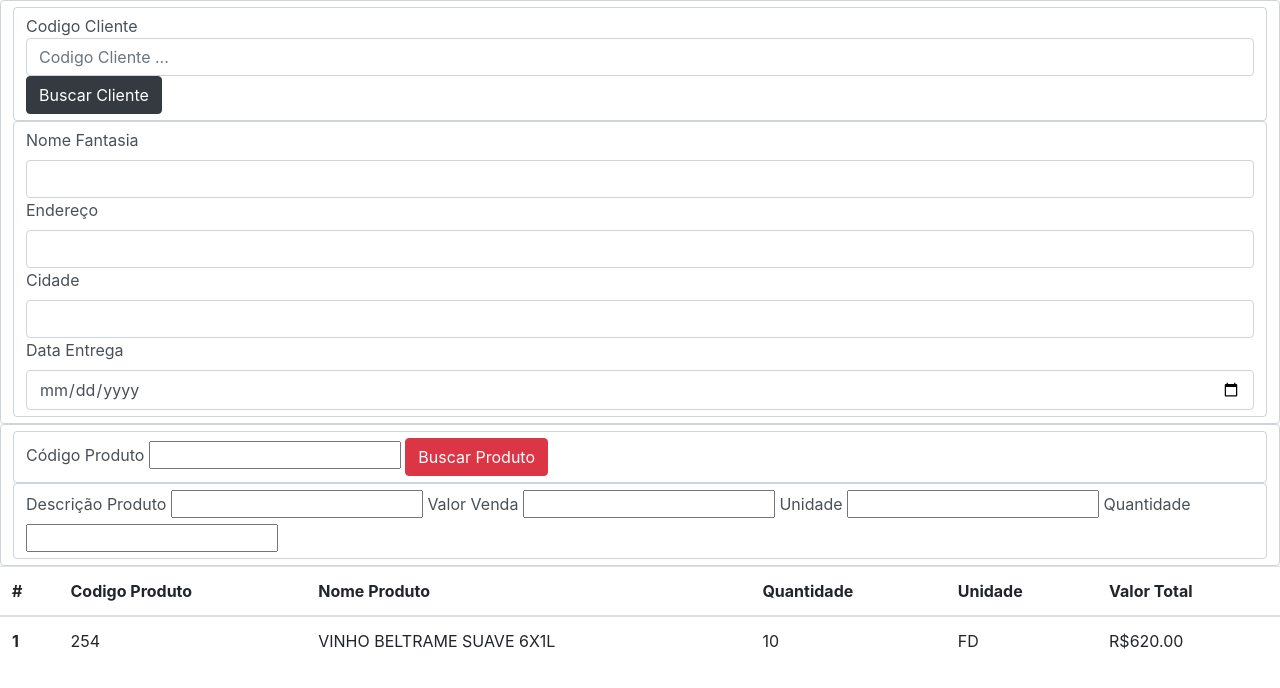
Repository: RobertoAntunes35/controle-estoque
Page: backend/templates/paginaGeracaoPedidos.html
An editor plug-in stored every save of this project. The page is shown before and after the next save, followed by the edit.
The browser window is 1280 px wide. The pictures show the whole page.
Some web libraries are served in a nearby version. The template is drawn by Flask 3. The application's start-up code is not run. Other server files are loaded and not shown. The template is opened directly, without the code that normally fills it, so the values that code supplies are empty.

Above is the page before, as saved 2023-06-06 10:48:57.

### backend/templates/paginaGeracaoPedidos.html
{% extends "index.html" %}

{% block title %} Geração Pedidos {% endblock %}

{% block content %}
<div class="content-geracao-pedido">
        <form action="">
            <div class="data-clientes form-control">
                <div class="buscar form-control">
                    <label class="form-check-label" for="">Codigo Cliente</label>
                    <input class="form-control" type="text" name="codigoCliente" id="codigoCliente" placeholder="Codigo Cliente ...">
                    <a href="#" class="btn btn-dark">Buscar Cliente</a>
                </div>

                <div class="datas-cliente form-control">
                    <label for="">Nome Fantasia</label>
                    <input class="form-control" type="text" name="nomeFantasia" id="nomeFantasia">

                    <label for="">Endereço</label>
                    <input class="form-control" type="text" name="enderecoCliente" id="enderecoCliente">

                    <label for="">Cidade</label>
                    <input class="form-control" type="text" name="cidadeCliente" id="cidadeCliente">

                    <label for="">Data Entrega</label>
                    <input class="form-control" type="date" name="dataEntrega" id="dataEntrega">
                </div>
            </div>
            <div class="produtos">
                <div class="busca-produtos form-control">
                    <div class="busca form-control">
                        <label for="">Código Produto</label>
                        <input class="" type="text" name="codigoProduto" id="codigoProduto">
                        <button class="btn btn-danger" id="btnBuscaProduto" name="btnBuscaProduto">Buscar Produto</button>
                    </div>
                    <div class="dados-produtos form-control">
                        <label for="">Descrição Produto</label>
                        <input type="text" name="descricaoProduto" id="descricaoProduto">

                        <label for="">Valor Venda</label>
                        <input type="number" name="valorVenda" id="valorVenda">

                        <label for="">Unidade</label>
                        <input type="text" name="unidadeProduto" id="unidadeProduto">


                        <label for="">Quantidade</label>
                        <input type="number">
                    </div>
                </div>


                <table class="table">
                    <thead>
                        <tr>
                            <th scope="col">#</th>
                            <th scope="col">Codigo Produto</th>
                            <th scope="col">Nome Produto</th>
                            <th scope="col">Quantidade</th>
                            <th scope="col">Unidade</th>
                            <th scope="col">Valor Total</th>
                        </tr>
                    </thead>

                    <tbody>
                        <tr>
                            <th scope="row">1</th>
                            <td>254</td>
                            <td>VINHO BELTRAME SUAVE 6X1L</td>
                            <td>10</td>
                            <td>FD</td>
                            <td>R$620.00</td>
                        </tr>
                    </tbody>

                </table>

            </div>

        </form>
    </div>

{% endblock %}

### backend/templates/index.html
<!DOCTYPE html>
<html lang="en">

{% block head %}
<head>
    <meta charset="UTF-8">
    <meta http-equiv="X-UA-Compatible" content="IE=edge">
    <meta name="viewport" content="width=device-width, initial-scale=1.0">
    <title>{% block title %} {% endblock %}</title>

    <script src="https://ajax.googleapis.com/ajax/libs/jquery/3.5.1/jquery.min.js"></script>
    <!-- CSS INTERNO -->
    <link rel="stylesheet" href="{{ url_for('static', filename='css/globalStyle.css') }}">

    <!-- FONTE -->

    <!-- BOOTSTRAP -->
    <link rel="stylesheet" href="https://maxcdn.bootstrapcdn.com/bootstrap/4.0.0/css/bootstrap.min.css">
    <script src="https://maxcdn.bootstrapcdn.com/bootstrap/4.0.0/js/bootstrap.min.js"></script>
    <script src="https://cdnjs.cloudflare.com/ajax/libs/popper.js/1.12.9/umd/popper.min.js"></script>

    <!-- SCRIPT INTERNO -->
    <script src="{{ url_for('static' , filename='js/script.js') }}"></script>

    <!-- SCRIPTS AUXILIARES -->

</head>
{% endblock %}

<body>
   <div class="content">
    {% block content %} {% endblock %}
    </div>

</body>
</html>

### backend/static/css/globalStyle.css
* {
    margin: 0 auto;
    padding: 0;
    box-sizing: border-box;
}

.div-formulario {
    border: 1px solid;
}

.container {
    display: flex;
    justify-content: left;
    align-items: center;
    width: 100vw;
    height: 100vh;

    /* border: 1px solid; */
}

.search-product{
    /* border: 1px solid; */
}
.values-find{
    /* border: 1px solid; */
}

.choices-values{
    /* border: 1px solid; */
}

### backend/static/js/script.js

$(document).ready(function() {
    $('#btnBuscar').click(function(event) {
        event.preventDefault();

        var inputValue = $('#codigo').val();
        console.log(inputValue);

    $.ajax({
        url: '/busca_produtos',
        type: 'POST',
        data: {codigoProduto: inputValue},
        success: function(date) {
            $('#descricao').val(date.updatedValue.descricao)
            $('#codigoFornecedor').val(date.updatedValue.codigoFornecedor)
            $('#unidade').val(date.updatedValue.unidade)
        }
    });
    });
});


function verificarEnter(event) {
    if(event.keyCode === 13) {
        event.preventDefault();

        var botao = document.getElementById("btnBuscar")
        botao.click();
    }
}

After the next save:
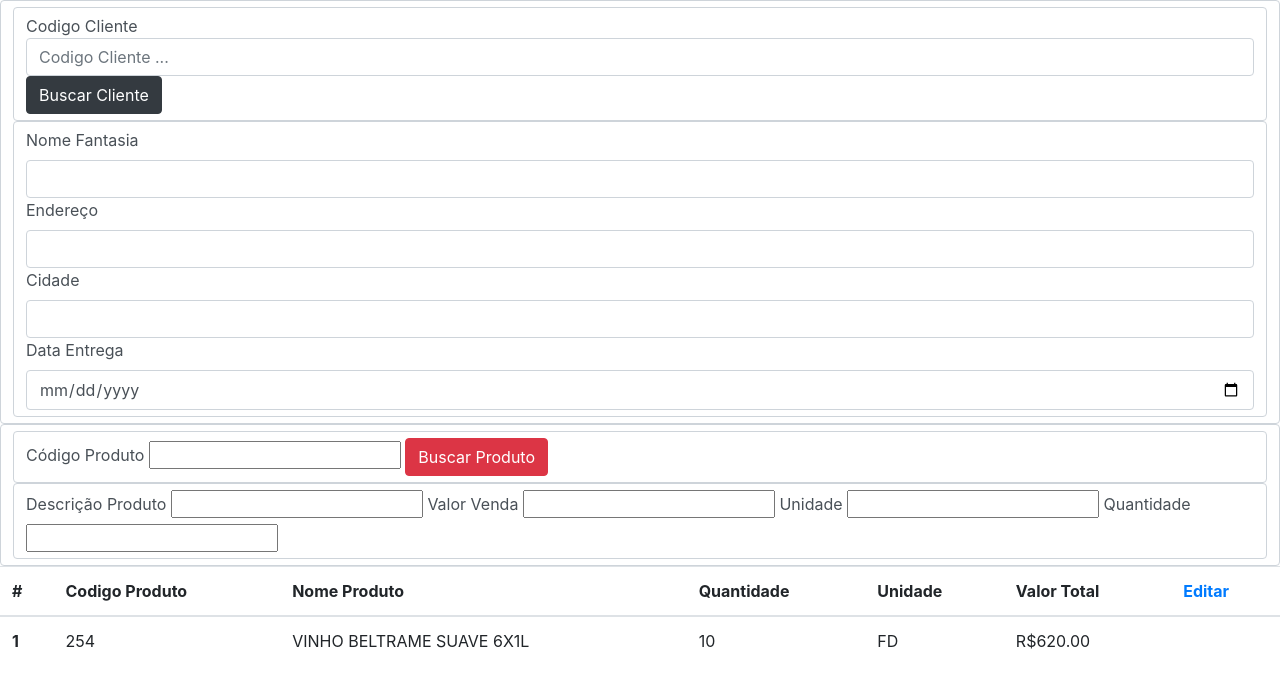
Saved 37 s later.
--- a/backend/templates/paginaGeracaoPedidos.html
+++ b/backend/templates/paginaGeracaoPedidos.html
@@ -43,9 +43,10 @@
                         <label for="">Unidade</label>
                         <input type="text" name="unidadeProduto" id="unidadeProduto">
 
-
                         <label for="">Quantidade</label>
                         <input type="number">
+
+                        <label for=""></label>
                     </div>
                 </div>
 
@@ -59,6 +60,7 @@
                             <th scope="col">Quantidade</th>
                             <th scope="col">Unidade</th>
                             <th scope="col">Valor Total</th>
+                            <th scope="col"><a href="#">Editar</a></th>
                         </tr>
                     </thead>
 
